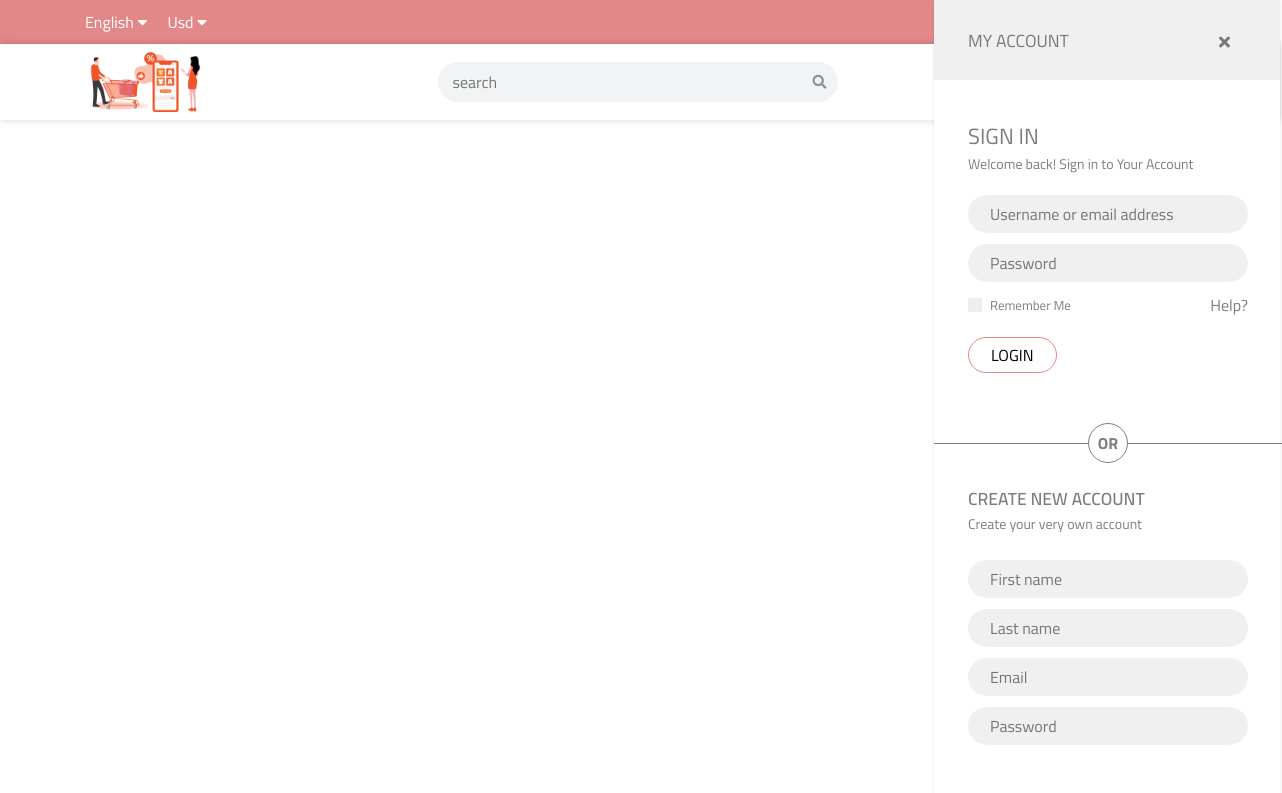
Repository: amrh20/ecommerce-temp
Page: src/index.html
The author's editor kept a copy of each file at every save. The page is drawn from the files as they stood at one save, then again after the next save.
The browser window is 1280 px wide. The page is 1282 px wide, so the pictures cover 1282 px, including what lies to the right of the window. The pictures show the whole page.
The style sheet was rebuilt from its Sass, Less or Tailwind sources for each picture, by a compiler version that may differ from the author's.

Above is the page before, as saved 2020-01-19 15:16:57.

After the next save:
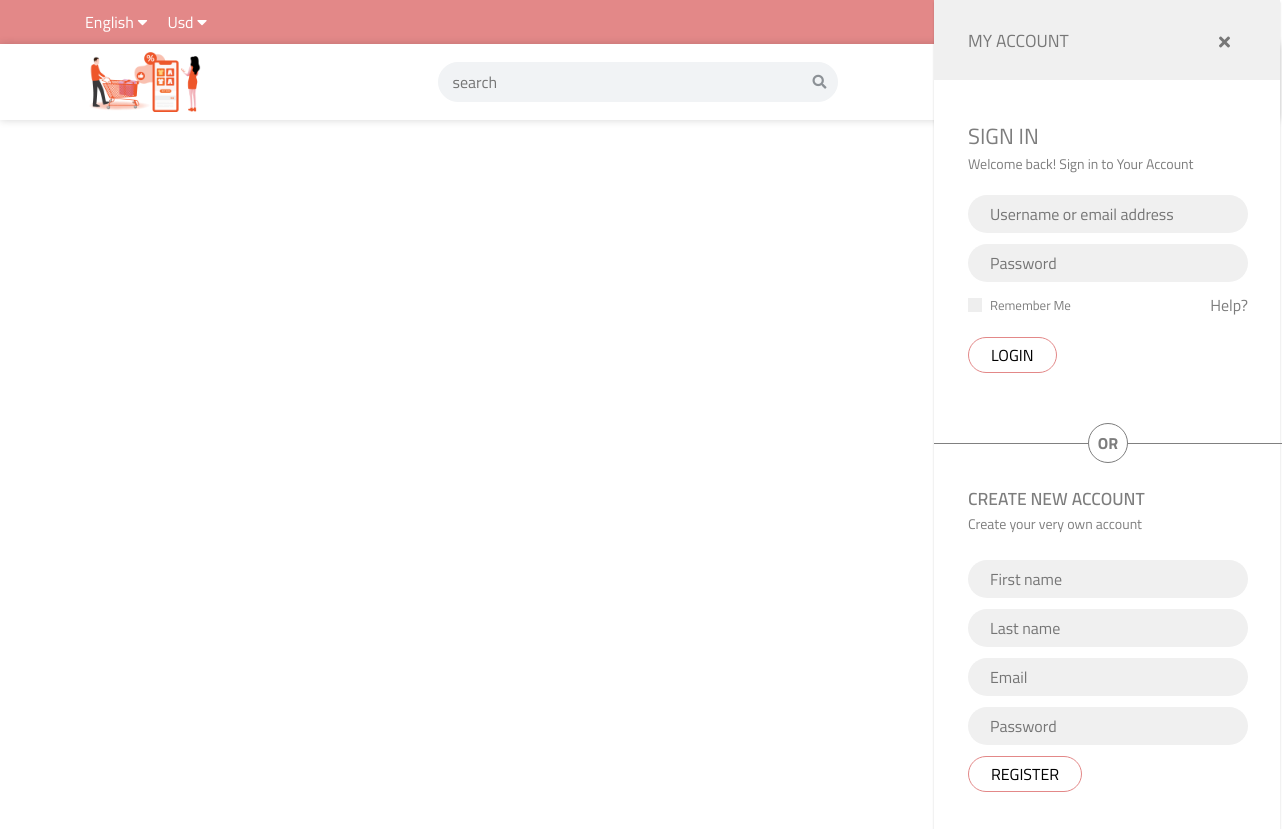
Saved 49 s later.
--- a/src/index.html
+++ b/src/index.html
@@ -309,6 +309,9 @@
                 <input type="email" placeholder="Email">
                 <input type="password" placeholder="Password">
               </div>
+              <div class="signup-btn">
+                <button class="temp_button">register</button>
+              </div>
             </div>
           </div>
       </div>
